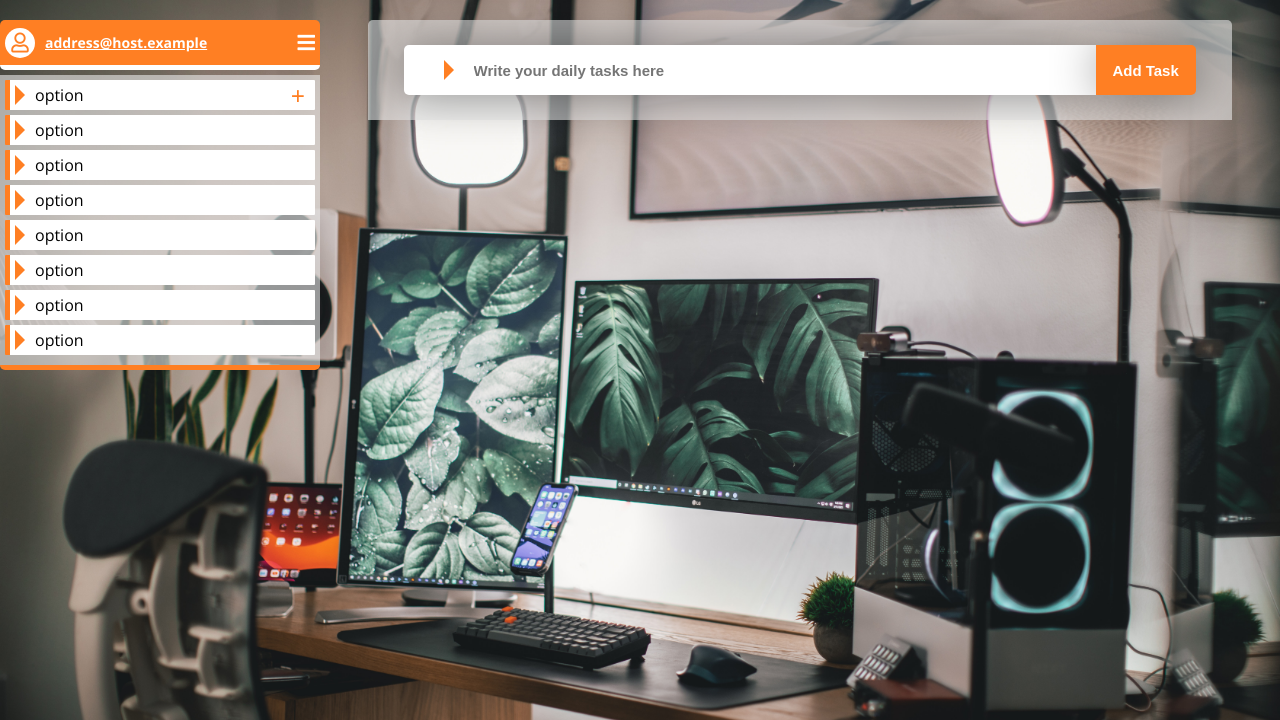
Repository: OmarEssameldinMousa/To-do-list-level01
Page: index.html
These files come from the project's save history. The page is drawn as it stood at one moment and after the next save; the edit follows.
The browser window is 1280 px wide. The pictures show the whole page.

Above is the page before, as saved 2023-08-10 00:35:33.

After the next save:
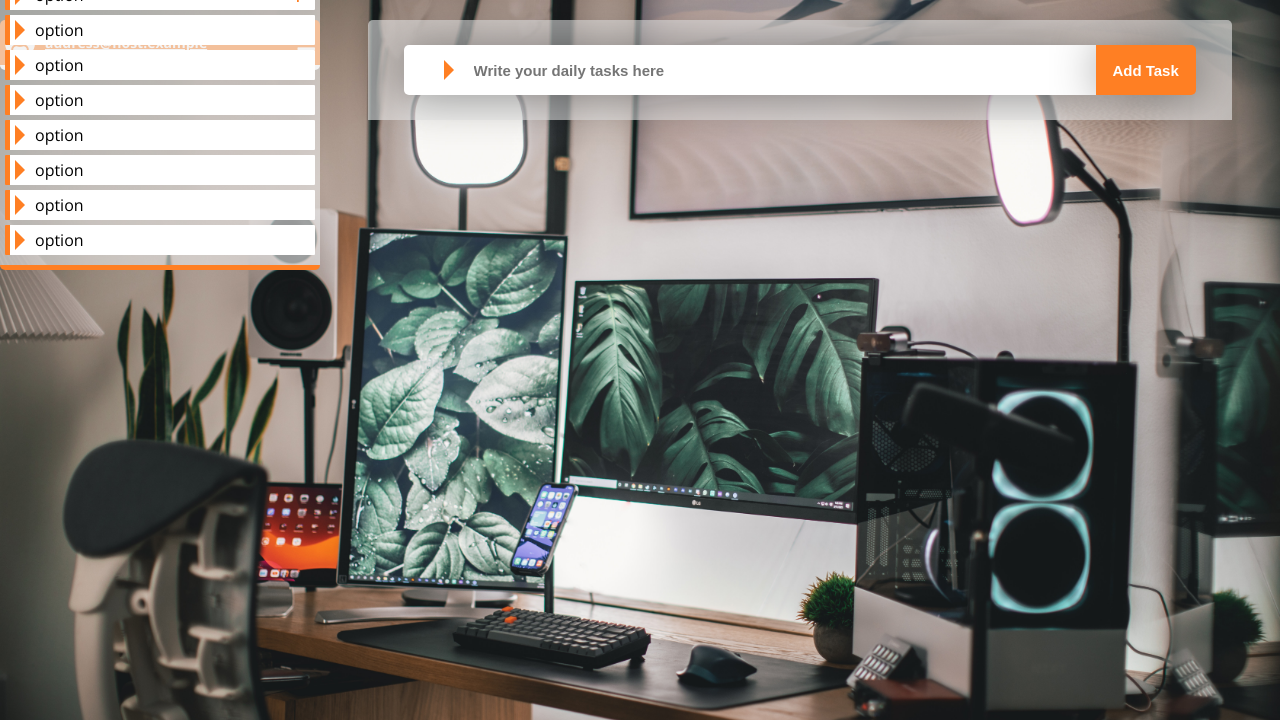
Saved 5 s later.
--- a/main.css
+++ b/main.css
@@ -87,7 +87,7 @@ ul {
     margin-top: 5px;
     padding: 5px;
     position: absolute;
-    top: -100;
+    top: -100%;
     background: var(--main-color);
     border-bottom-left-radius: 5px;
     border-bottom-right-radius: 5px;
